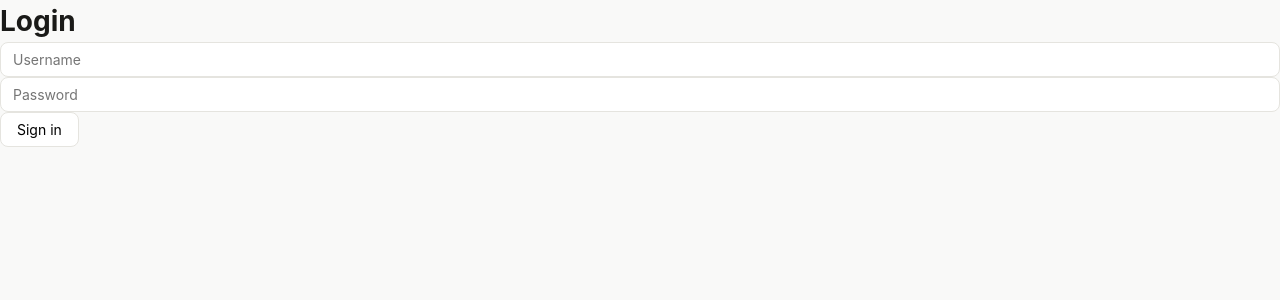
Repository: adtm0/jobtracker
Page: /login (app in frontend/)
These files come from the project's save history. The page is drawn as it stood at one moment and after a run of saves; the edit follows.
The browser window is 1280 px wide. The pictures show the whole page.
The project was rebuilt for these pictures with package versions that can differ from the ones it lists, and the page was loaded fresh each time. Also part of the build but not shown: frontend/vite.config.js, frontend/src/pages/Register.jsx, frontend/src/pages/Dashboard.jsx, frontend/src/pages/Jobs.jsx, frontend/src/pages/JobForm.jsx, frontend/src/components/Navbar.jsx.

Above is the page before, as saved 2026-04-19 18:13:35.

After the next 9 saves:
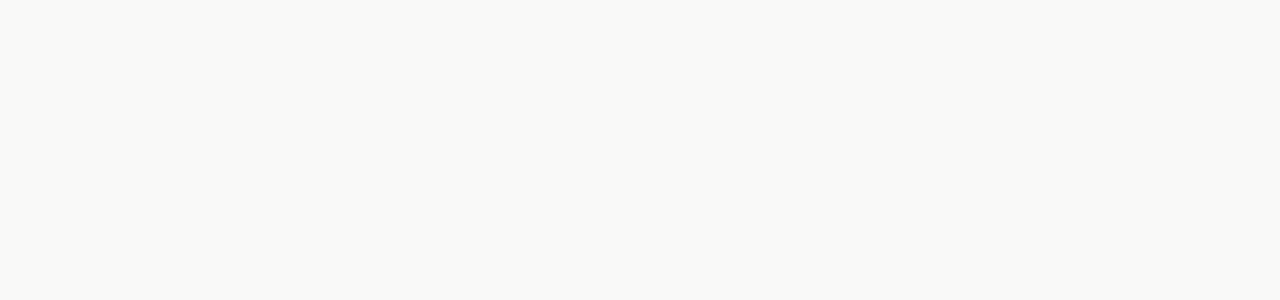
Console error: ReferenceError: display is not defined
The 9 saves are shown as one change because 2 did not build or start and some came seconds apart.
The last was saved 36 s later.
--- a/frontend/src/pages/Login.jsx
+++ b/frontend/src/pages/Login.jsx
@@ -21,7 +21,10 @@
   }
 
   return (
-    <div>
+    <div style={{
+      minHeight: '100vh',
+      display
+    }}>
       <h1>Login</h1>
       <form>
         <input type="text" placeholder="Username" />

After the 2 saves that followed:
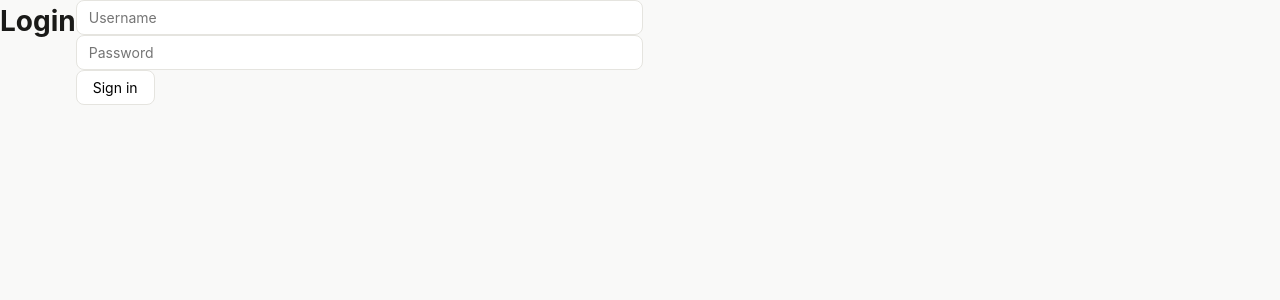
The error is gone.
The 2 saves are shown as one change because they came seconds apart.
The last was saved 6 s later.
--- a/frontend/src/pages/Login.jsx
+++ b/frontend/src/pages/Login.jsx
@@ -23,7 +23,8 @@
   return (
     <div style={{
       minHeight: '100vh',
-      display
+      display: 'flex',
+
     }}>
       <h1>Login</h1>
       <form>
